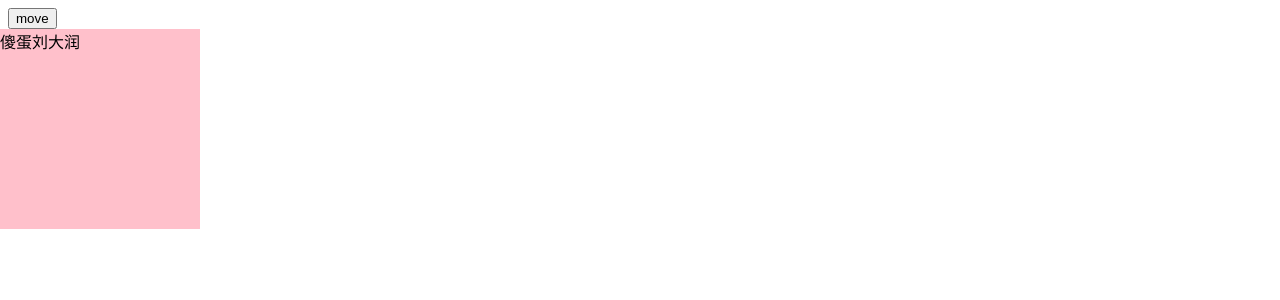
Repository: szl156/class
Page: review/javascript/test/test.html
An editor plug-in stored every save of this project. The page is shown before and after the next save, followed by the edit.
The browser window is 1280 px wide. The pictures show the whole page.

Above is the page before, as saved 2022-07-25 22:01:58.

After the next save:
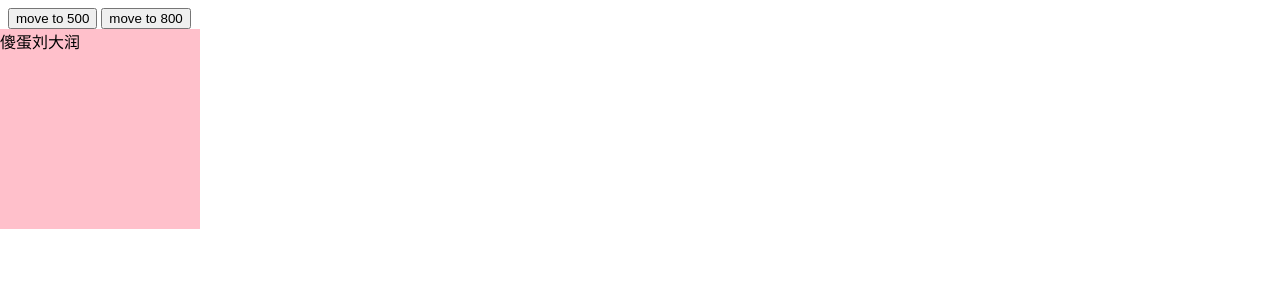
Saved 106 s later.
--- a/review/javascript/test/test.html
+++ b/review/javascript/test/test.html
@@ -19,12 +19,13 @@
 </head>
 
 <body>
-    <button>move</button>
+    <button>move to 500</button>
+    <button>move to 800</button>
     <div>
         傻蛋刘大润
     </div>
     <script>
-        const btn = document.querySelector('button')
+        const btn500 = document.querySelector('button')
         const div = document.querySelector('div')
 
         function animate(obj, target) {
@@ -34,10 +35,10 @@
                     clearInterval(obj.timer)
                 }
                 obj.style.left = obj.offsetLeft + step + 'px'
-            }, 20)
+            }, 40)
         }
-        btn.addEventListener('click', function() {
-            animate(div, 800)
+        btn500.addEventListener('click', function() {
+            animate(div, 500)
         })
     </script>
 </body>
